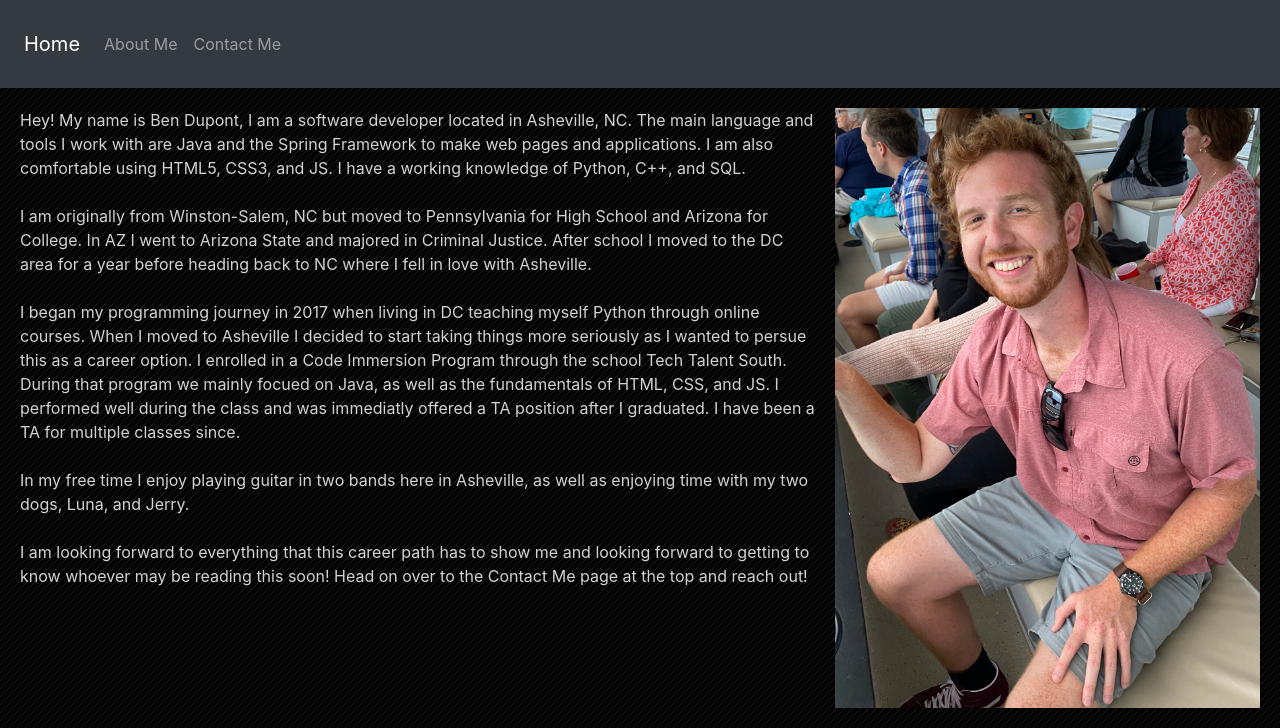
Repository: dupbd/portfolioWebPage
Page: BensSite/src/main/resources/static/aboutMe.html
The author's editor kept a copy of each file at every save. The page is drawn from the files as they stood at one save, then again after the next save.
The browser window is 1280 px wide. The pictures show the whole page.

Above is the page before, as saved 2021-02-08 22:31:53.

After the next save:
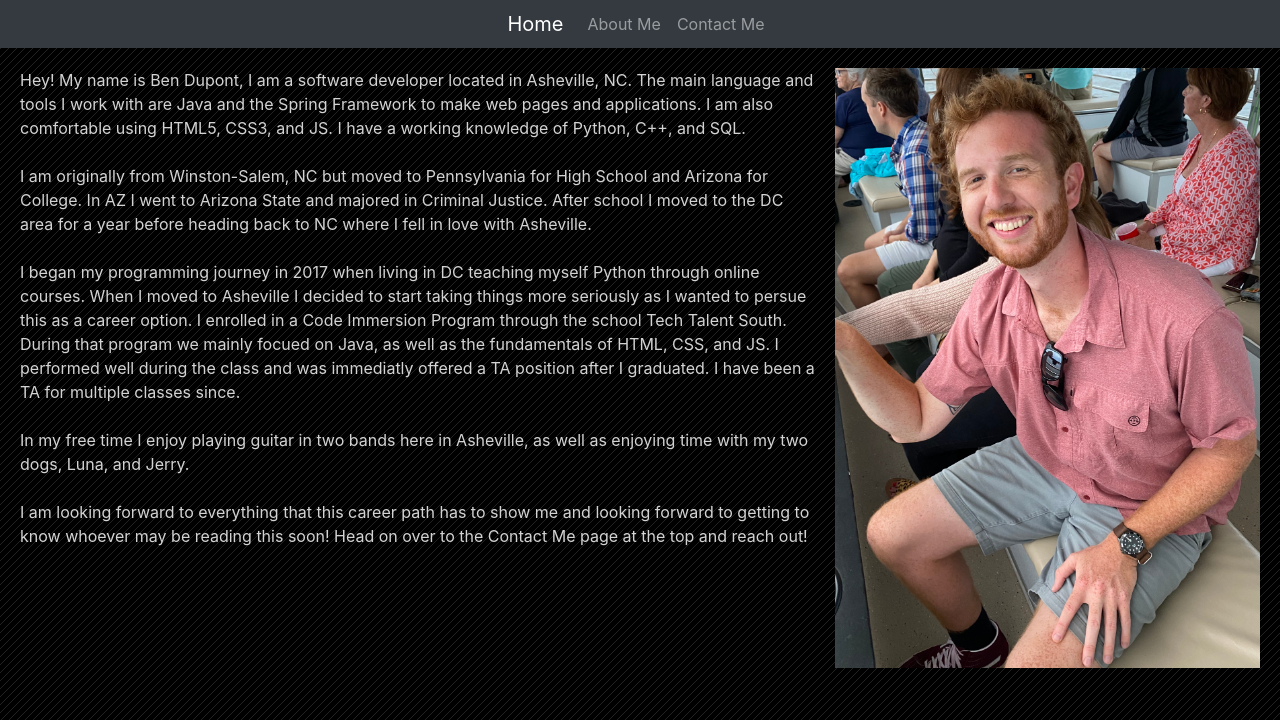
Saved 40 s later.
--- a/BensSite/src/main/resources/static/aboutMe.html
+++ b/BensSite/src/main/resources/static/aboutMe.html
@@ -14,7 +14,7 @@
 
 
 <div class="collapse navbar-collapse" id="navbarTogglerDemo03">
-<ul class="navbar-nav mr-auto mt-2 mt-lg-0">
+<ul class="navbar-nav navbar-center mr-auto mt-2 mt-lg-0">
 <li class="nav-item">
 <a class="navbar-brand" href="index.html">Home</a>
 </li>
